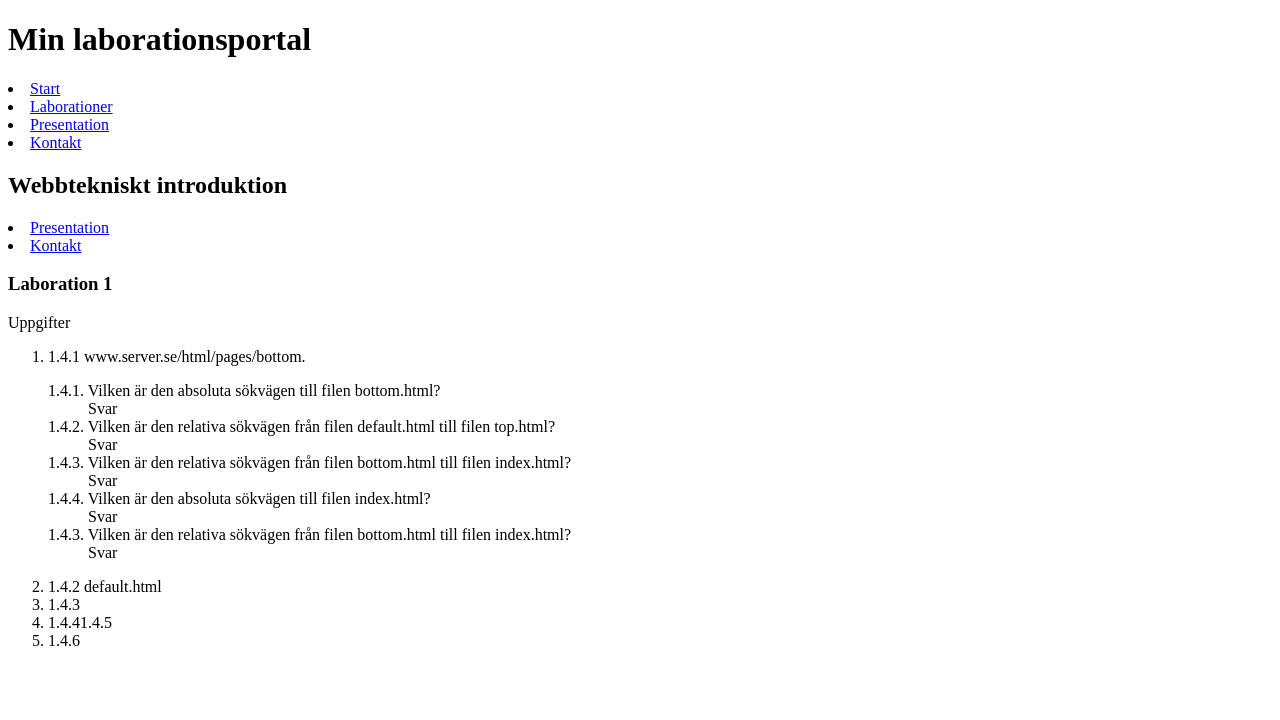
Repository: RebeccaFransson/Interfacedevelopment-1IK415
Page: pages/laborationer.html
The author's editor kept a record of every edit. The page is drawn from the files as they stood at one moment, then again after the next edit.
The browser window is 1280 px wide. The pictures show the whole page.

Above is the page before.

### pages/laborationer.html
<!DOCTYPE html>
<html>
    <body>

    <h1>Min laborationsportal</h1>

   <li><a href="../index.html">Start</a> </li>  <!-- ../ gör att jag kommer ut till mappen ovan.-->
    <li><a href="laborationer.html">Laborationer</a> </li>
     <li><a href="presentation.html">Presentation</a> </li>
      <li><a href="kontakt.html">Kontakt</a> </li>

      <h2>Webbtekniskt introduktion</h2>
     <li><a href="presentation.html">Presentation</a> </li>
      <li><a href="kontakt.html">Kontakt</a> </li>

      <h3>Laboration 1</h3>
      <p>Uppgifter</p>

      <!-- Gör en numrerad lista på uppgifterna i lab1 -->
      <ol>
         <li>1.4.1 www.server.se/html/pages/bottom.
           <dl>
             <dt>1.4.1. Vilken är den absoluta sökvägen till filen bottom.html?</dt>
             <dd>Svar</dd>
             <dt>1.4.2. Vilken är den relativa sökvägen från filen default.html till filen top.html?</dt>
             <dd>Svar</dd>
             <dt>1.4.3. Vilken är den relativa sökvägen från filen bottom.html till filen index.html?</dt>
             <dd>Svar</dd>
             <dt>1.4.4. Vilken är den absoluta sökvägen till filen index.html?</dt>
             <dd>Svar</dd>
             <dt>1.4.3. Vilken är den relativa sökvägen från filen bottom.html till filen index.html?</dt>
             <dd>Svar</dd>
           </dl>



         </li>

         <li>1.4.2 default.html</li>
       <li>1.4.3</li>
         <li>1.4.4</l
         <li>1.4.5</li>
         <li>1.4.6</li>
     </ol>

    </body>

     </html>

After the next edit:
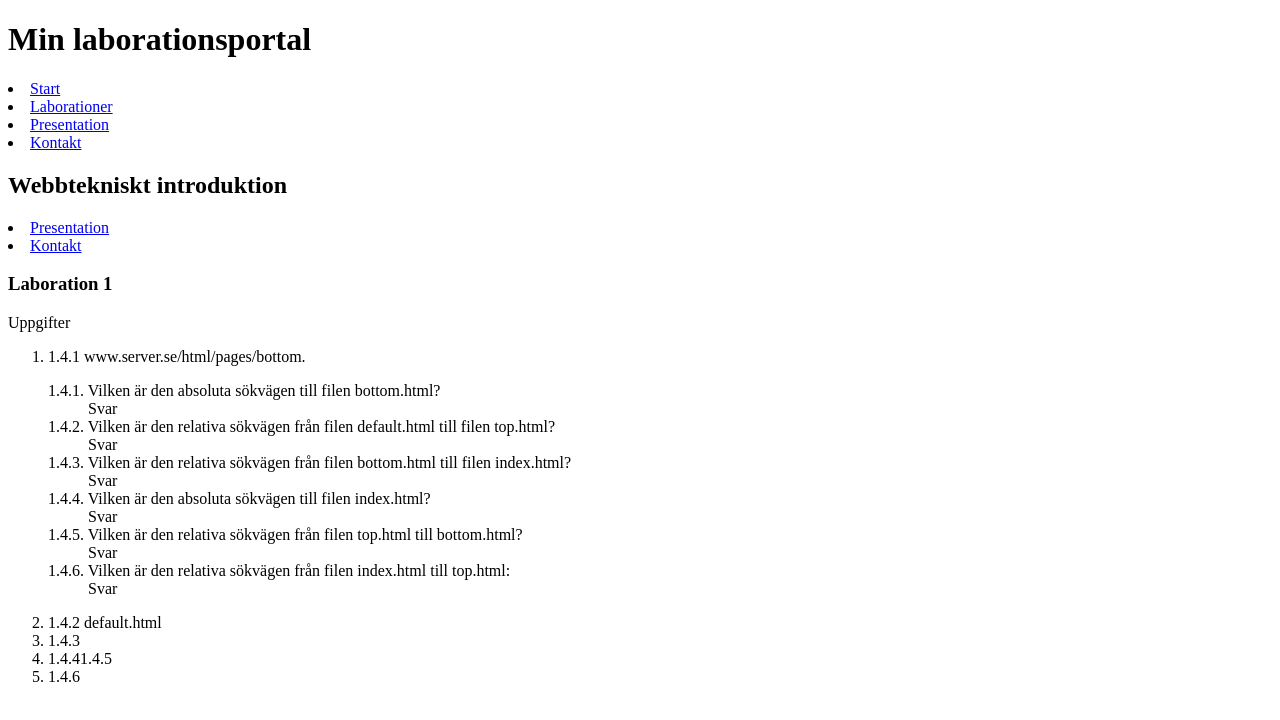
The edit:
--- a/pages/laborationer.html
+++ b/pages/laborationer.html
@@ -28,7 +28,9 @@
              <dd>Svar</dd>
              <dt>1.4.4. Vilken är den absoluta sökvägen till filen index.html?</dt>
              <dd>Svar</dd>
-             <dt>1.4.3. Vilken är den relativa sökvägen från filen bottom.html till filen index.html?</dt>
+             <dt>1.4.5. Vilken är den relativa sökvägen från filen top.html till bottom.html?</dt>
+             <dd>Svar</dd>
+             <dt>1.4.6. Vilken är den relativa sökvägen från filen index.html till top.html:</dt>
              <dd>Svar</dd>
            </dl>
 
